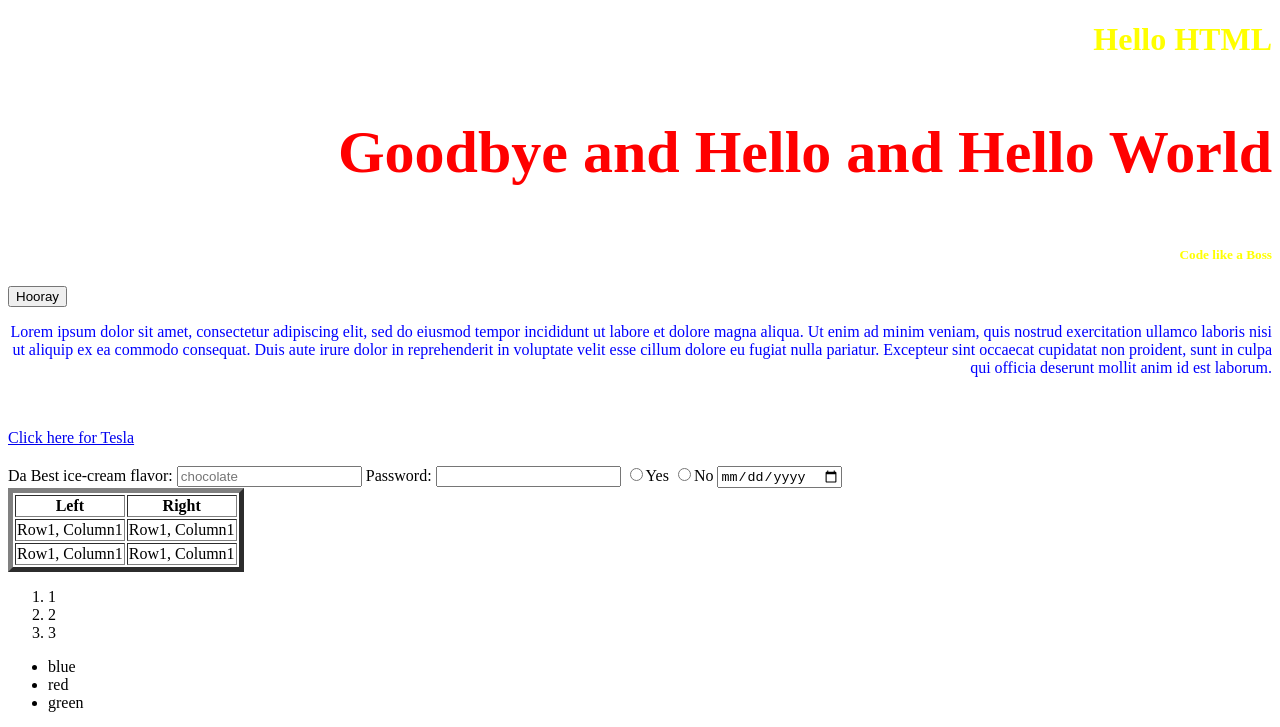
Repository: amilevich/1028PegaUSF
Page: workspace-sts-3.9.4.RELEASE/HelloHTML/src/main/webapp/index.html
The author's editor kept a copy of each file at every save. The page is drawn from the files as they stood at one save, then again after the next save.
The browser window is 1280 px wide. The pictures show the whole page.

Above is the page before, as saved 2019-11-21 20:32:42.

After the next save:
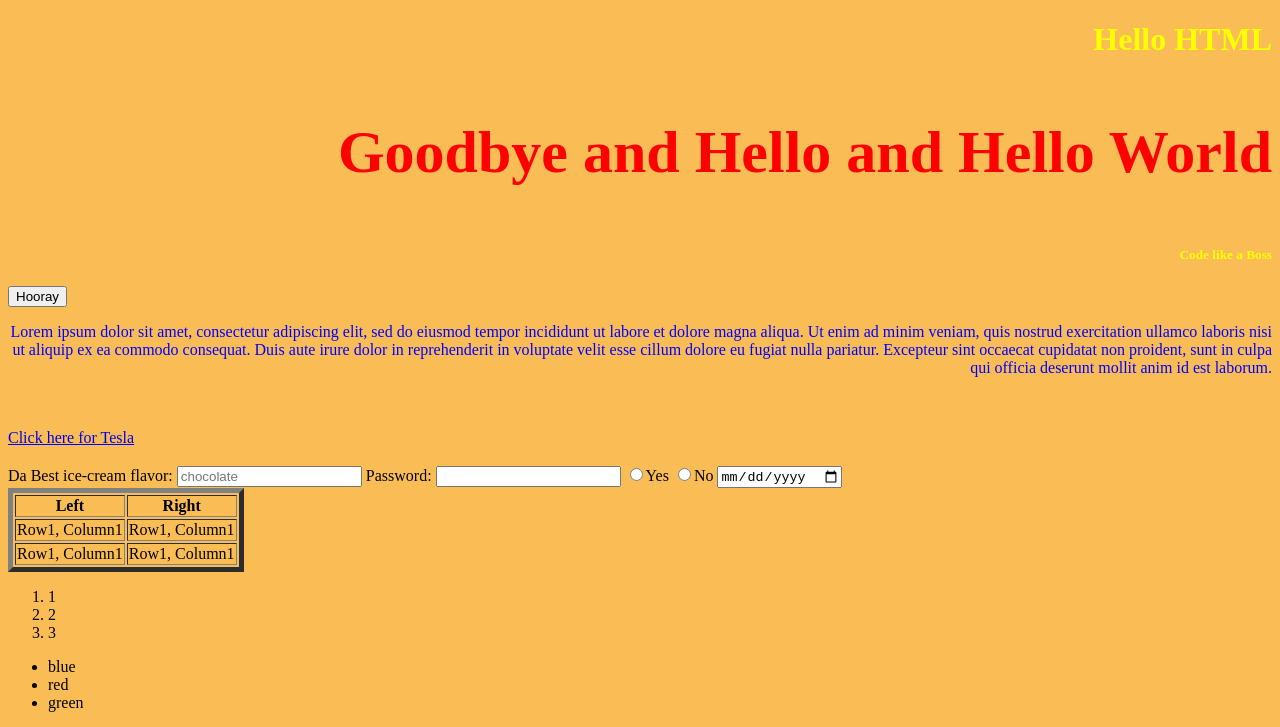
Saved 29 s later.
--- a/workspace-sts-3.9.4.RELEASE/HelloHTML/src/main/webapp/index.html
+++ b/workspace-sts-3.9.4.RELEASE/HelloHTML/src/main/webapp/index.html
@@ -5,7 +5,7 @@
 <title>Super Amazing Web Page</title>
 <link rel="stylesheet" type="text/css" href="style.css"/>
 </head>
-<body style= "background-color: white">
+<body>
 <div class="headers">
 	<h1>Hello HTML</h1>
 	<h3 id="hello">Goodbye and Hello and Hello World</h3>
